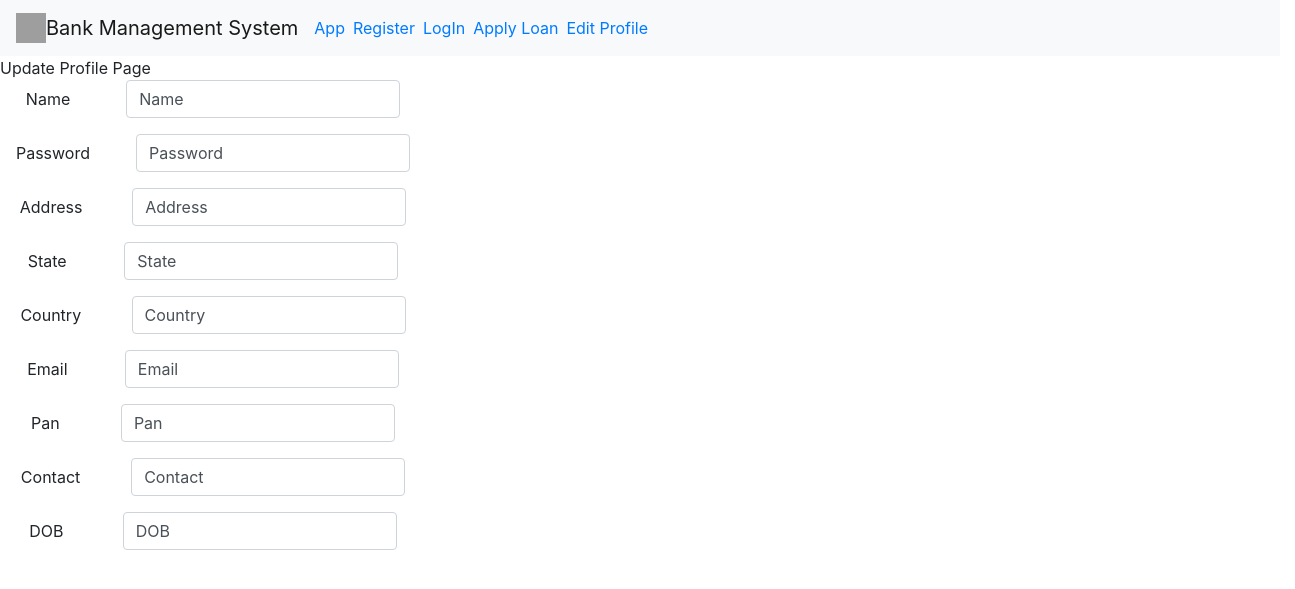
Repository: Nilkumar-Sharma/Bank-Management-System-Frontend-React
Page: /edit
An editor plug-in stored every save of this project. The page is shown before and after the next save, followed by the edit.
The browser window is 1280 px wide. The page is 1295 px wide, so the pictures cover 1295 px, including what lies to the right of the window. The pictures show the whole page.
Pictures or frames that could not be fetched are drawn as grey boxes. The project was rebuilt for these pictures with package versions that can differ from the ones it lists, and the page was loaded fresh each time. Also part of the build but not shown: src/App.css, src/components/Shared/MyButton/MyButton.js, src/Counter/Counter.js, src/App.js, src/components/Register/Register.module.scss, src/components/Register/Register.js, src/components/LogIn/LogIn.module.scss, src/components/LogIn/LogIn.js and 2 more.

Above is the page before, as saved 2020-07-28 13:34:10.

After the next save:
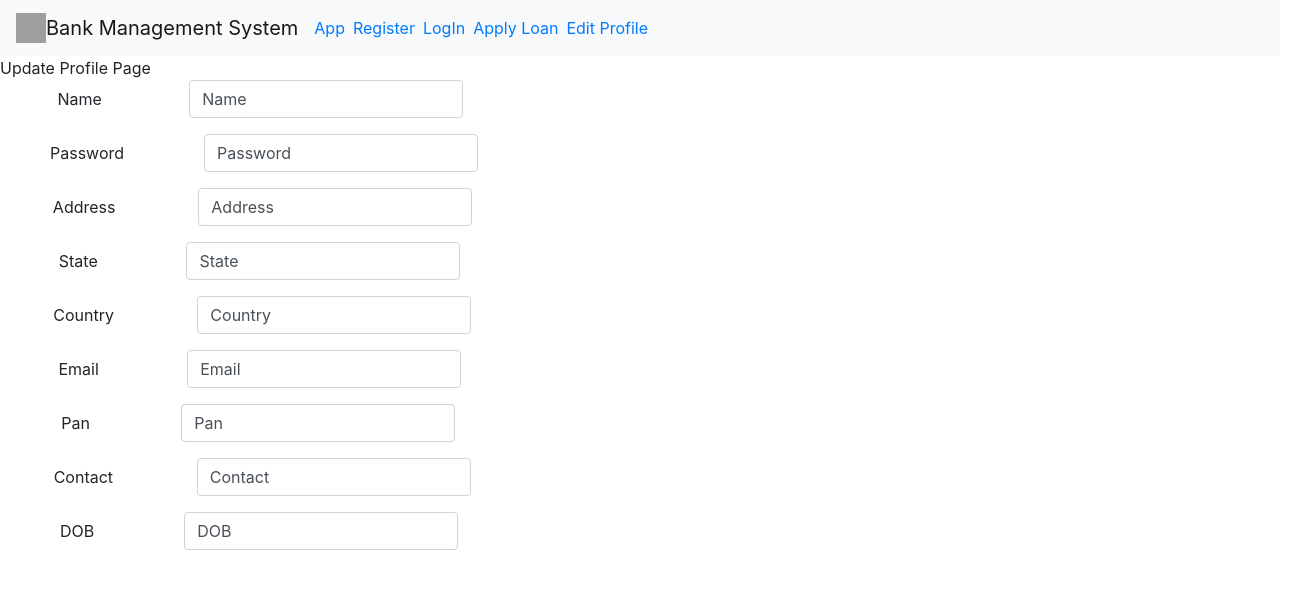
Saved 12 s later.
--- a/src/components/Shared/InputField/InputField.js
+++ b/src/components/Shared/InputField/InputField.js
@@ -27,7 +27,7 @@ class InputField extends Component {
             // <div className="container-fluid">
             <div className="row">
                 <div class="form-group form-inline" >
-                <div className="col-4">
+                <div className="col-6">
                     <label htmlFor={this.props.id}>{this.props.Label}</label>
 
                 </div>
